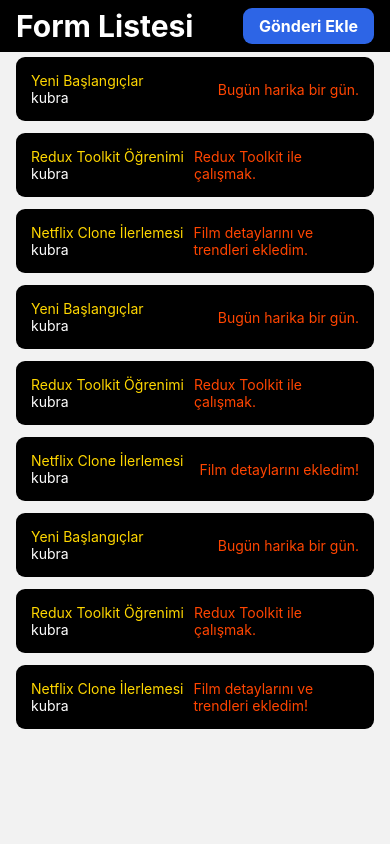
Repository: Kubraaygun/FirebaseRN
Screen: /
An editor plug-in stored every save of this project. The screen is shown before and after the next save, followed by the edit.
The app was drawn by React Native's web renderer in a window 390 px wide. The project was rebuilt for these pictures with package versions that can differ from the ones it lists, and the page was loaded fresh each time. Requests to the local data server were answered from the project's data file. Also part of the build but not shown: src/screens/AddPost/AddPostView.jsx, src/screens/AddPost/AddPostController.jsx.

Above is the screen before, as saved 2025-01-20 20:37:14.

After the next save:
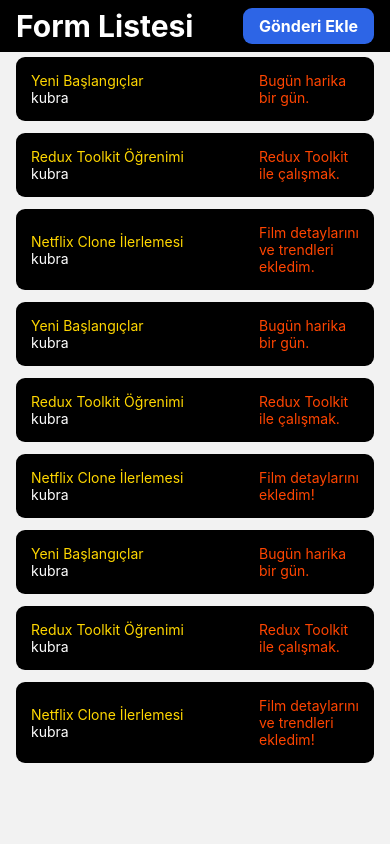
Saved 11 s later.
--- a/src/screens/ListPost/ListPostView.jsx
+++ b/src/screens/ListPost/ListPostView.jsx
@@ -48,5 +48,6 @@ const styles = StyleSheet.create({
   },
   text: {
     color: 'orangered',
+    width: 100,
   },
 });
